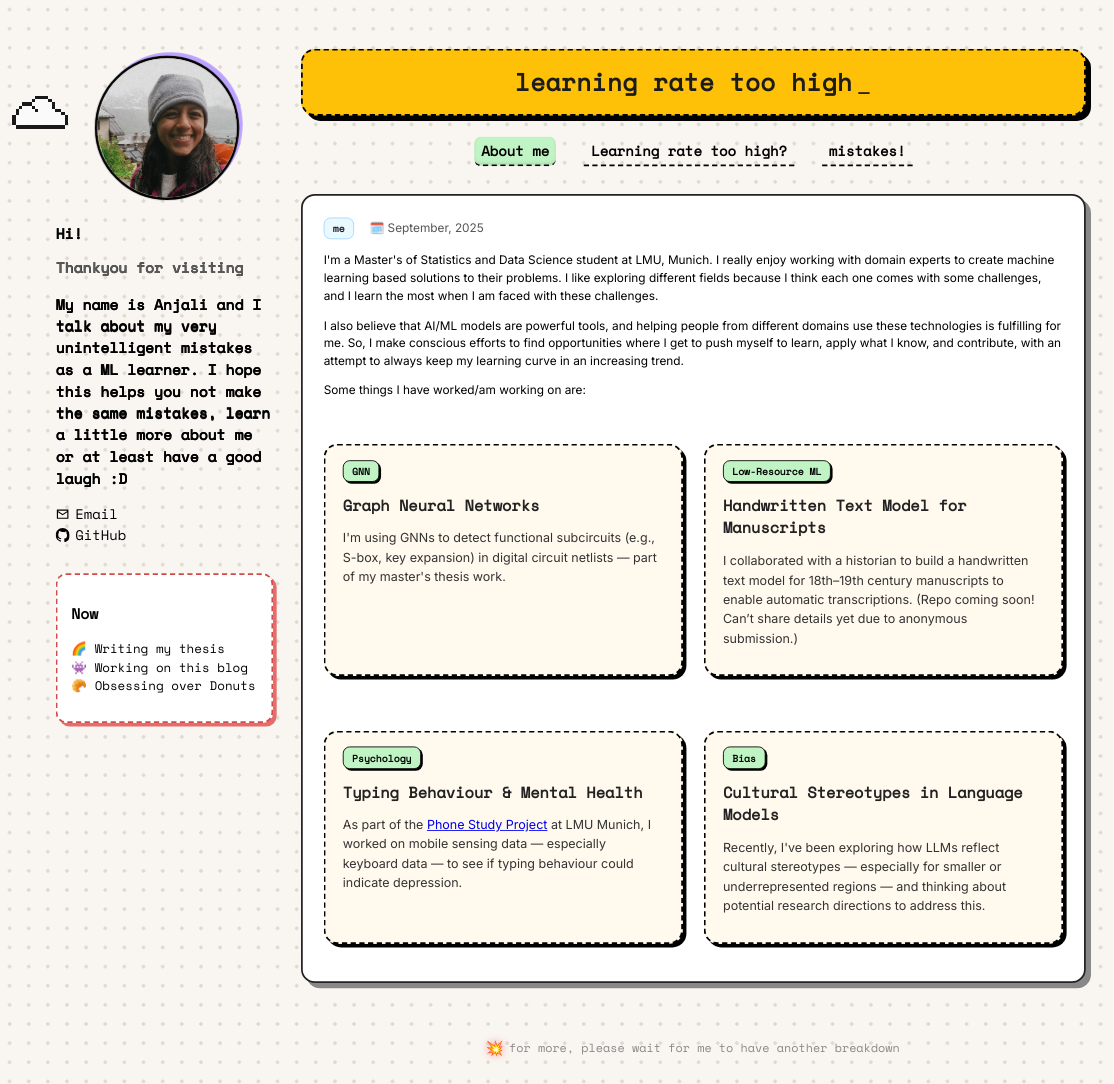
Repository: anjalisarawgi/learning_rate_too_high
Page: index.html
An editor plug-in stored every save of this project. The page is shown before and after the next save, followed by the edit.
The browser window is 1280 px wide. The pictures show the whole page, at 87% of full size.

Above is the page before, as saved 2025-11-03 18:08:27.

After the next save:
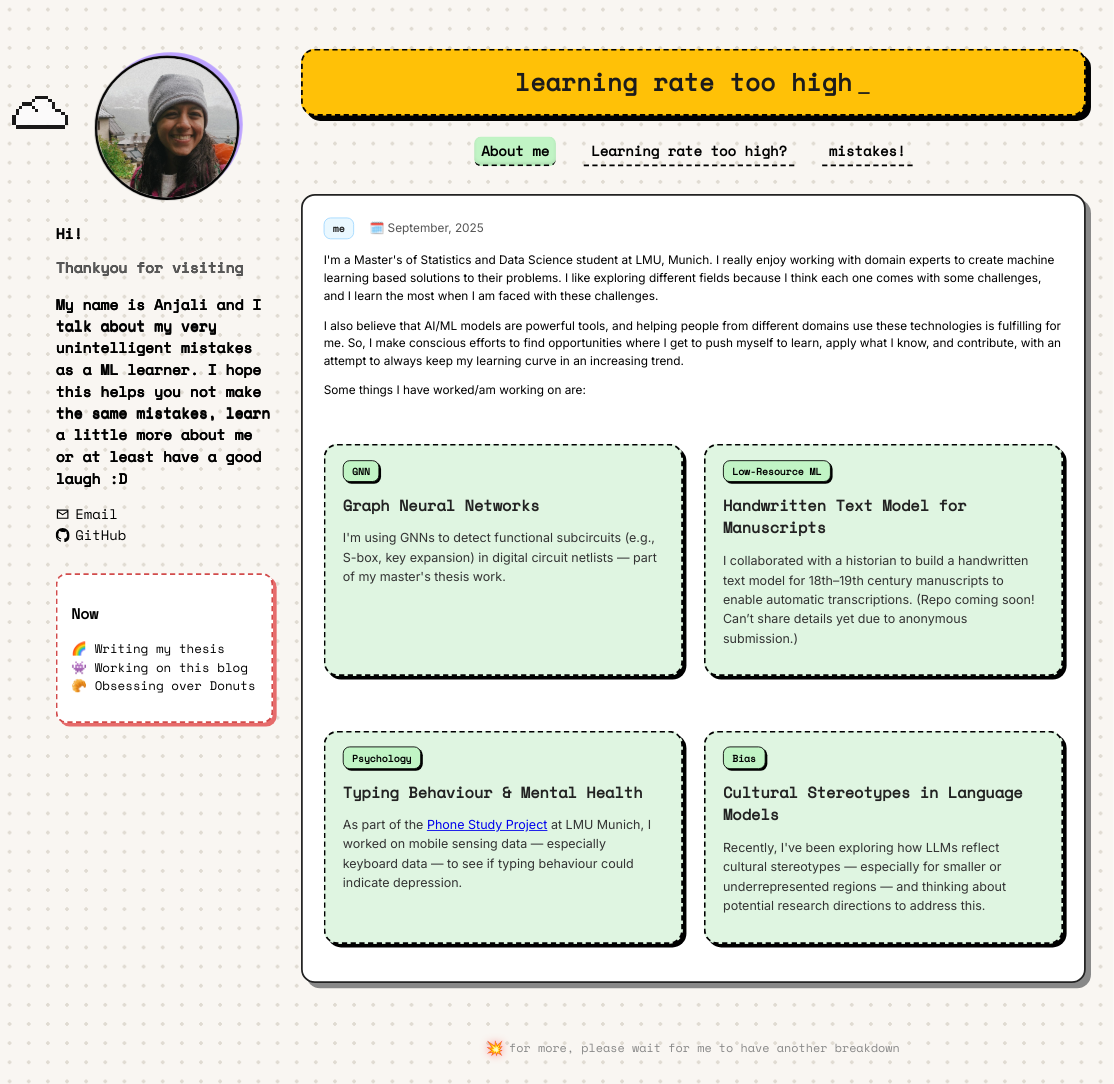
Saved 86 s later.
--- a/index.html
+++ b/index.html
@@ -310,7 +310,7 @@
   line-height: 1.6; /* optional: improves readability */
 }
 .project-card {
-  background: #FFF9EE;
+  background: #DFF5E1;
   border: 2px dashed #000;
   border-radius: 1rem;
   box-shadow: 4px 4px 0 #000;

After the save that followed:
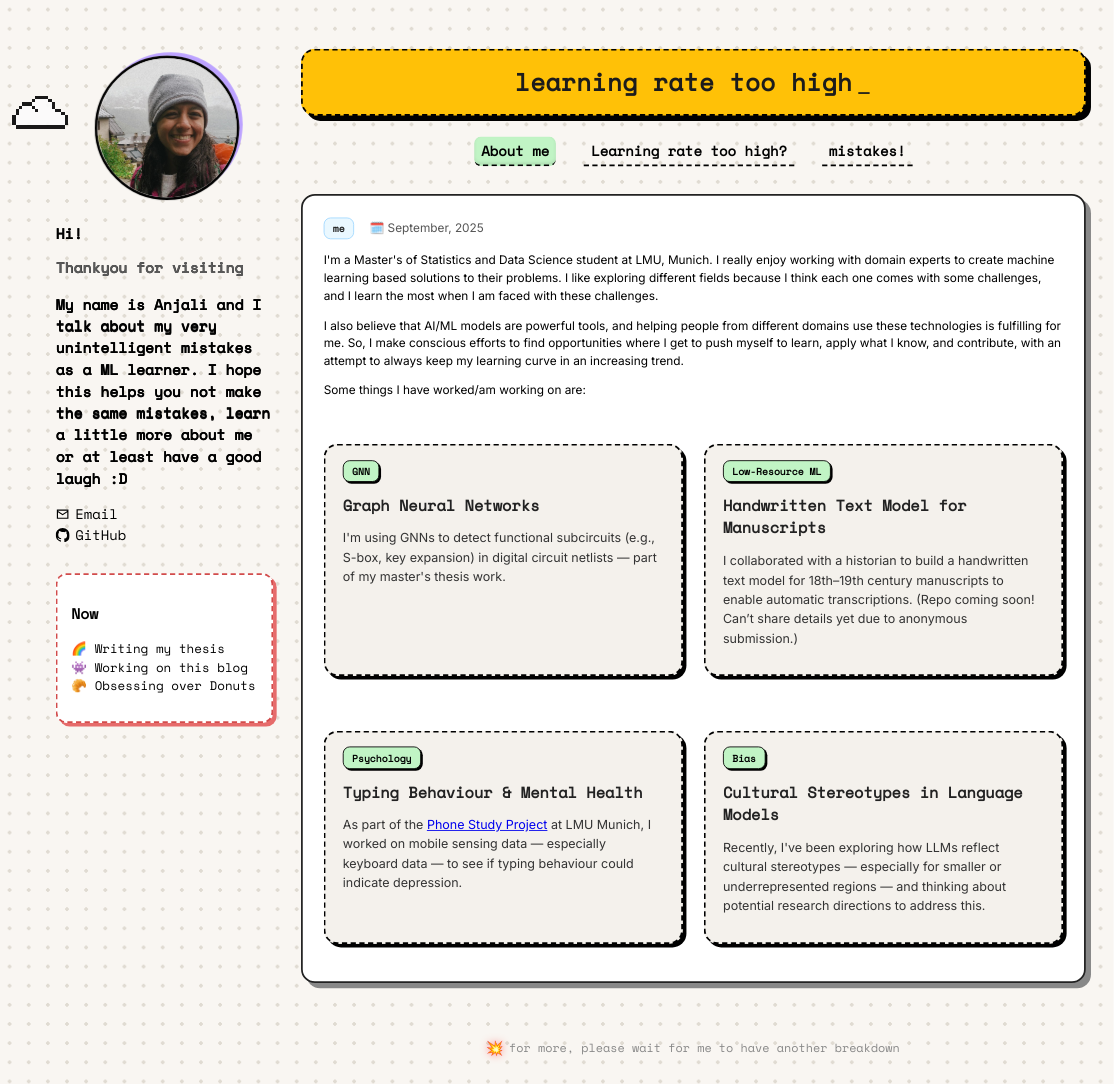
Saved 6 s later.
--- a/index.html
+++ b/index.html
@@ -310,7 +310,7 @@
   line-height: 1.6; /* optional: improves readability */
 }
 .project-card {
-  background: #DFF5E1;
+  background: #F4F1EC;
   border: 2px dashed #000;
   border-radius: 1rem;
   box-shadow: 4px 4px 0 #000;
